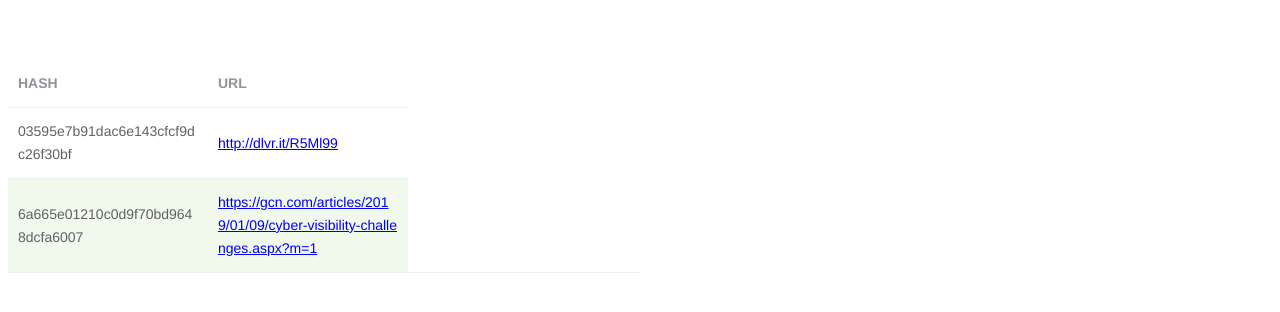
Repository: NicoleGX/TI
Page: /
These files come from the project's save history. The page is drawn as it stood at one moment and after the next save; the edit follows.
The browser window is 1280 px wide. The pictures show the whole page.
The project was rebuilt for these pictures with package versions that can differ from the ones it lists, and the page was loaded fresh each time.

Above is the page before, as saved 2019-05-28 19:44:30.

### index.html
<!DOCTYPE html>
<html>
  <head>
    <meta charset="utf-8">
    <meta name="viewport" content="width=device-width,initial-scale=1.0">
    <title>cyberti</title>
  </head>
  <body>
    <div id="app"></div>
    <!-- built files will be auto injected -->
  </body>
</html>

### src/main.js
// The Vue build version to load with the `import` command
// (runtime-only or standalone) has been set in webpack.base.conf with an alias.
import Vue from 'vue'
import App from './App'
import router from './router'

import ElementUI from 'element-ui'
import 'element-ui/lib/theme-chalk/index.css';

Vue.use(ElementUI)

Vue.config.productionTip = false

/* eslint-disable no-new */
new Vue({
  el: '#app',
  router,
  components: { App },
  template: '<App/>'
})

### src/router/index.js
import Vue from 'vue'
import Router from 'vue-router'
import TextClassification from '@/views/TextClassification'

Vue.use(Router)

export default new Router({
  routes: [
    {
      path: '/',
      name: 'TextClassification',
      component: TextClassification
    }
  ]
})

### src/views/TextClassification.vue
<template>
  <el-container>
    <el-aside style="width: 50%">
      <el-table
        :data="tableData"
        style="width: 100%"
        :row-class-name="tableRowClassName">
        <el-table-column
          prop="hash"
          label="HASH"
          width="200">
        </el-table-column>
        <el-table-column
          prop="url"
          label="URL"
          width="200">
          <template slot-scope="scope">
            <a :href=scope.row.url
              target="_black"
              class="buttonText">{{scope.row.url}}</a>
          </template>
        </el-table-column>
      </el-table>
    </el-aside>
    <el-main style="width: 50%"></el-main>
  </el-container>
</template>

<script>
export default {
  name: 'textclassfication',
  methods: {
    tableRowClassName({row, rowIndex}) {
      if (row['edit'] == 0) {
        return 'warning-row';
      } else if (row['edit'] == 1) {
        return 'success-row';
      }
      return '';
    }
  },
  data() {
    return {
      tableData: [{
        hash: '03595e7b91dac6e143cfcf9dc26f30bf',
        url: 'http://dlvr.it/R5Ml99',
        edit: 0
      }, {
        hash: '6a665e01210c0d9f70bd9648dcfa6007',
        url: 'https://gcn.com/articles/2019/01/09/cyber-visibility-challenges.aspx?m=1',
        edit: 1
      }]
    }
  }
}
</script>

<style>
.el-table {
  width: 100%!important;
}
.el-table .warning-row {
  background: #fff;
}

.el-table .success-row {
  background: #f0f9eb;
}
</style>

Loaded but not shown: src/App.vue (common file)

After the next save:
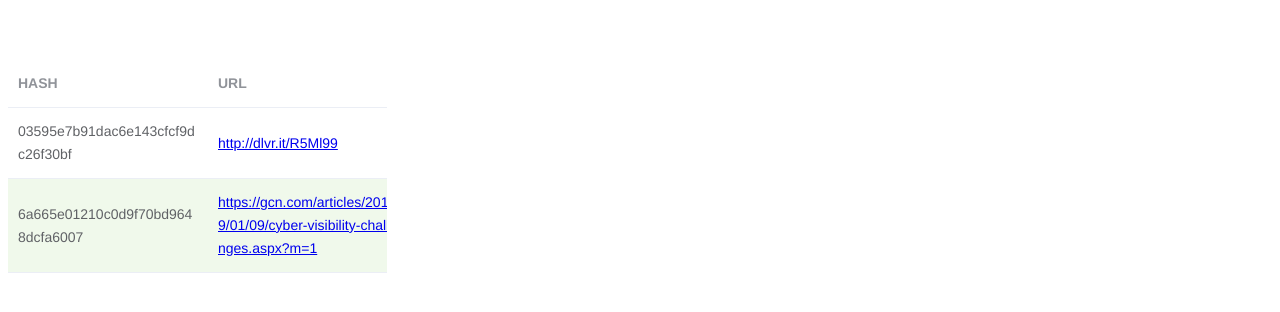
Saved 9 s later.
--- a/src/views/TextClassification.vue
+++ b/src/views/TextClassification.vue
@@ -1,6 +1,6 @@
 <template>
   <el-container>
-    <el-aside style="width: 50%">
+    <el-aside style="width: 30%">
       <el-table
         :data="tableData"
         style="width: 100%"
@@ -22,7 +22,7 @@
         </el-table-column>
       </el-table>
     </el-aside>
-    <el-main style="width: 50%"></el-main>
+    <el-main style="width: 70%"></el-main>
   </el-container>
 </template>
 
